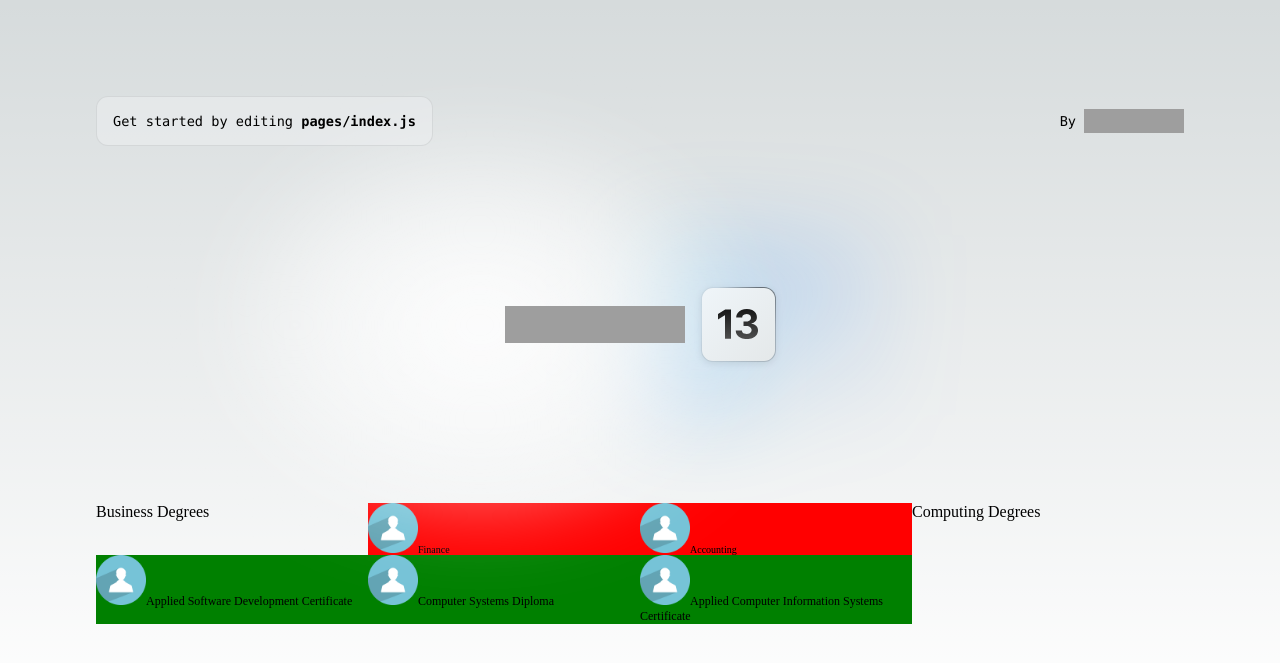
Repository: TeoEstrada9/Week-3-example
Page: /
These files come from the project's save history. The page is drawn as it stood at one moment and after the next save; the edit follows.
The browser window is 1280 px wide. The pictures show the whole page.
Pictures or frames that could not be fetched are drawn as grey boxes. The project was rebuilt for these pictures with package versions that can differ from the ones it lists, and the page was loaded fresh each time. The framework's server and built-in components were replaced by stand-ins that run in the browser. Also part of the build but not shown: next.config.js.

Above is the page before, as saved 2023-01-16 11:34:15.

### pages/index.js
import Head from 'next/head'
import Image from 'next/image'
import { Inter } from '@next/font/google'
import styles from '@/styles/Home.module.css'
import data from '../Data/education.json'
import { useState } from 'react'
import Card from '../Components/Card'
import Link from 'next/link'

const inter = Inter({ subsets: ['latin'] })

export default function Home() {

  console.log(data);
  const [information, setInformation] = useState([...data])



  return (
    <>
      <Head>
        <title>Create Next App</title>
        <meta name="description" content="Generated by create next app" />
        <meta name="viewport" content="width=device-width, initial-scale=1" />
        <link rel="icon" href="/favicon.ico" />
      </Head>
      <main className={styles.main}>
        <div className={styles.description}>
          <p>
            Get started by editing&nbsp;
            <code className={styles.code}>pages/index.js</code>
          </p>
          <div>
            <a
              href="https://vercel.com?utm_source=create-next-app&utm_medium=default-template&utm_campaign=create-next-app"
              target="_blank"
              rel="noopener noreferrer"
            >
              By{' '}
              <Image
                src="/vercel.svg"
                alt="Vercel Logo"
                className={styles.vercelLogo}
                width={100}
                height={24}
                priority
              />
            </a>
          </div>
        </div>

        <div className={styles.center}>
          <Image
            className={styles.logo}
            src="/next.svg"
            alt="Next.js Logo"
            width={180}
            height={37}
            priority
          />
          <div className={styles.thirteen}>
            <Image
              src="/thirteen.svg"
              alt="13"
              width={40}
              height={31}
              priority
            />
          </div>
        </div>

        <div className={styles.grid}>
          <div>Business Degrees</div>
          {information && information.map((info, index) => {
            if(info.department === "Business")
            return(
              <Card key={index} degree={info.degree} colour="red" font="10px"/>
            )

          })}

        <div>Computing Degrees</div>
          {information && information.map((info, index) => {
            if(info.department === "Computing")
            return(
              <Card key={index} degree={info.degree} colour="green" font="12px"/>
            )

          })}

        </div>
      </main>
    </>
  )
}

### Data/education.json
[
        {
            "studentNumber": "A0004567",
            "firstName": "Person 1",
            "gpa": 3.8,
            "department": "Business",
            "degree": "Finance",
            "graduted": 2014
        },
        {
            "studentNumber": "A0001234",
            "firstName": "Person 2",
            "gpa": 3.5,
            "department": "Business",
            "degree": "Accounting",
            "graduted": 2010
        },
        {
            "studentNumber": "A0007890",
            "firstName": "Person 3",
            "gpa": 3.2,
            "department": "Computing",
            "degree": "Applied Software Development Certificate",
            "graduted": 2018
        },
        {
            "studentNumber": "A0007828",
            "firstName": "Person 4",
            "gpa": 3.9,
            "department": "Computing",
            "degree": "Computer Systems Diploma",
            "graduted": 2021
        },
        {
            "studentNumber": "A0003425",
            "firstName": "Person 5",
            "gpa": 3.2,
            "department": "Computing",
            "degree": "Applied Computer Information Systems Certificate",
            "graduted": 2021
        }
]

### Components/Card/index.js
export default function Card({
    degree = "none",
    colour = "purple",
    font = "0",
    image = "icon/personTwo.png"
}) {
    return (
        <div style={{backgroundColor: colour, fontSize: font}}>
            {
                colour === "red" ? <img src={'icon/person.png'}width="50"/> :
                colour === "blue" ? <img src={'icon/personThree.png'}width="50"/> :
                                    <img src={'icon/person.png'}width="50"/>
            }
            {degree}

        </div>
    )
}

Loaded but not shown: pages/_app.js (common file); pages/_document.js (common file); styles/globals.css (common file); styles/Home.module.css (common file)

After the next save:
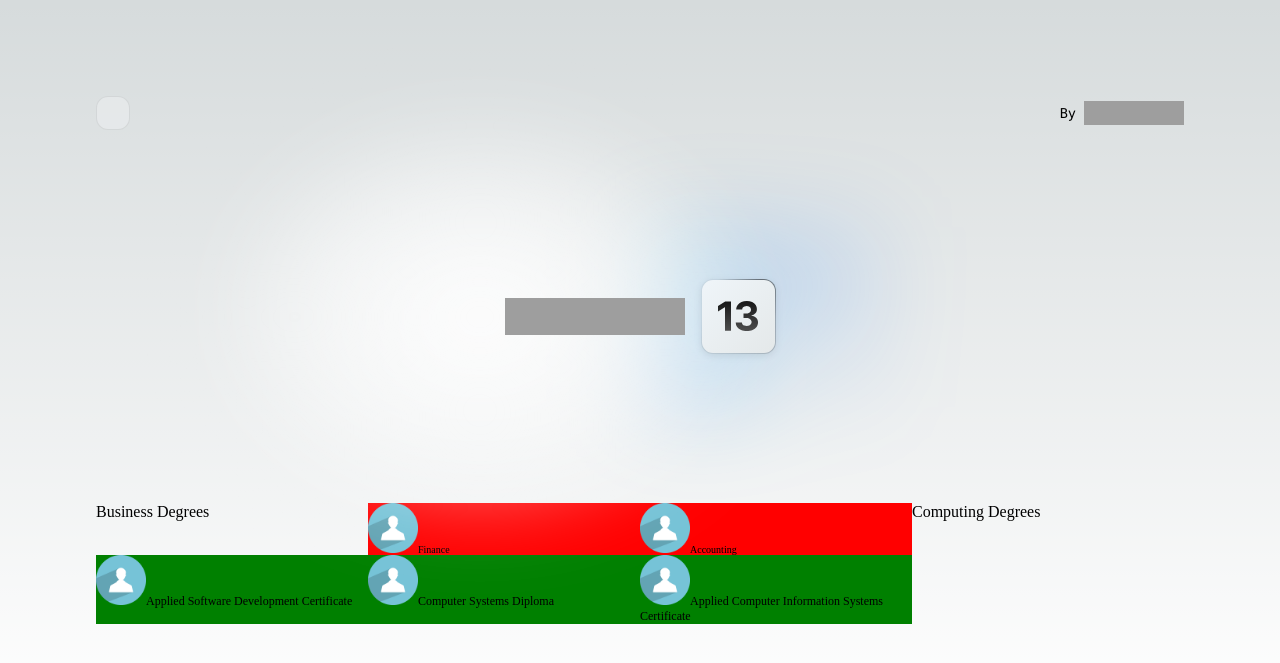
Saved 42 s later.
--- a/pages/index.js
+++ b/pages/index.js
@@ -27,8 +27,7 @@ export default function Home() {
       <main className={styles.main}>
         <div className={styles.description}>
           <p>
-            Get started by editing&nbsp;
-            <code className={styles.code}>pages/index.js</code>
+
           </p>
           <div>
             <a
